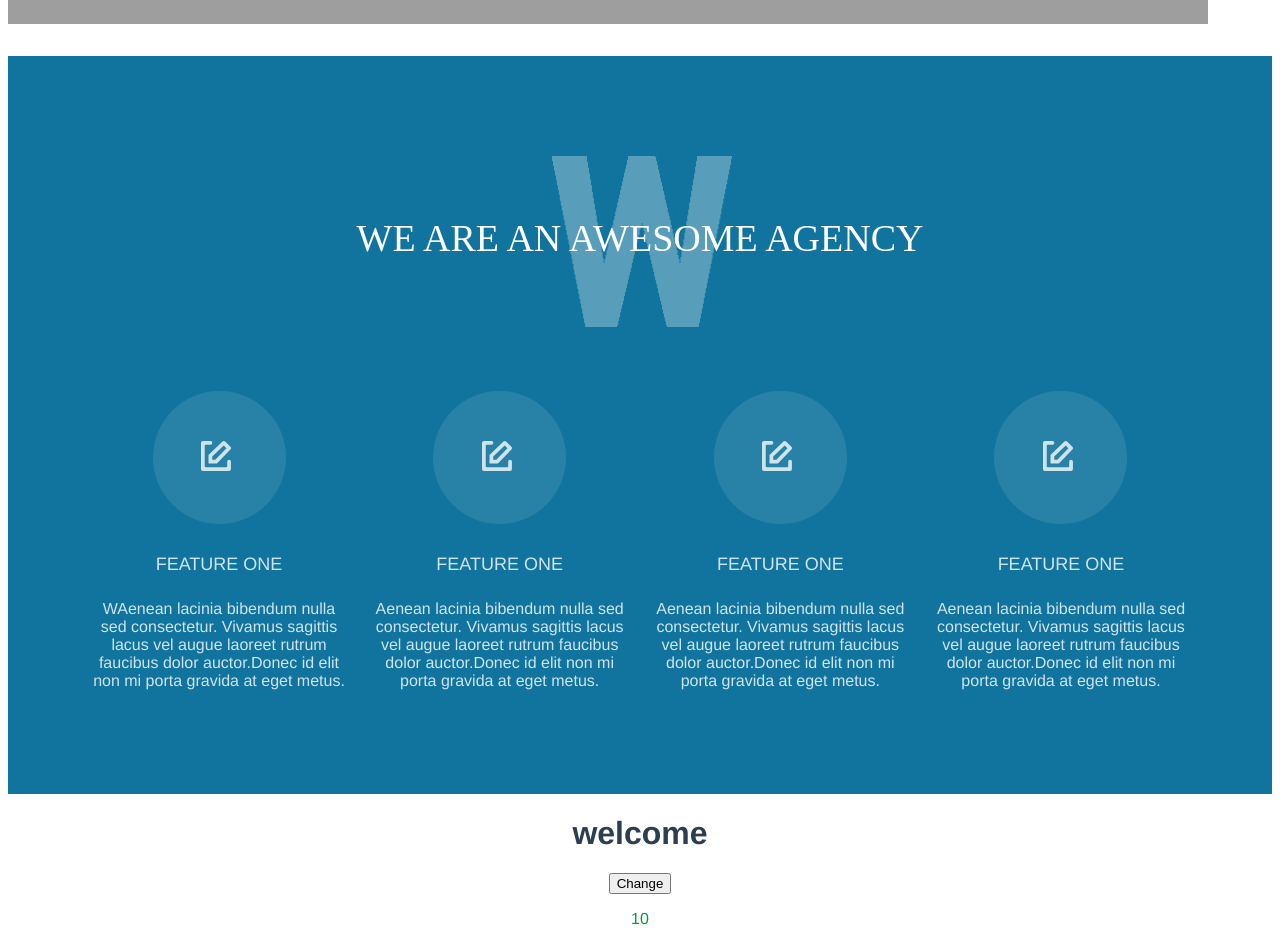
Repository: joker506/Creatives
Page: /
The author's editor kept a copy of each file at every save. The page is drawn from the files as they stood at one save, then again after the next save.
The browser window is 1280 px wide. The pictures show the part of the page from y = 884 to 1836 px (the page is 1836 px tall).
Pictures or frames that could not be fetched are drawn as grey boxes. The project was rebuilt for these pictures with package versions that can differ from the ones it lists, and the page was loaded fresh each time.

Above is the page before, as saved 2020-04-01 20:02:07.

### src/App.vue
<template>
  <div id="app">
<HeaderApp  />
<AdvantagesApp />

    <HelloWorld
    @clicks="clickUp($event)"
       :msg=msg
       :counter=counter />
  </div>
</template>

<script>
import HelloWorld from './components/HelloWorld.vue'
import HeaderApp from './components/HeaderApp.vue'
import AdvantagesApp from './components/AdvantagesApp.vue'

export default {
  name: 'App',
  data(){
    return{
    msg:"welcome",
    counter:10
    }
  },
  components: {
    HelloWorld,
    AdvantagesApp,
    HeaderApp
  },
  methods:{
    clickUp(event){
      console.log("click")
      this.counter=event
    }
  }
}
</script>

<style>
#app {
  font-family: Avenir, Helvetica, Arial, sans-serif;
  -webkit-font-smoothing: antialiased;
  -moz-osx-font-smoothing: grayscale;
  text-align: center;
  color: #2c3e50;
  overflow: hidden;

}
</style>

### src/components/HelloWorld.vue
<template>
  <div class="hello">
    <h1>{{ msg }} </h1>
   <button @click="clickDown">Change</button>
   <p>{{counter}}</p>

  </div>
</template>

<script>
export default {
  name: 'HelloWorld',

  props: {
    msg: String,
    counter:Number

  },
  methods:{
    clickDown(){
      console.log("Your Click!")
      this.$emit("clicks",this.counter+1)

    }
  }
}
</script>

<style scoped>
h3 {
  margin: 40px 0 0;
}
ul {
  list-style-type: none;
  padding: 0;
}
li {
  display: inline-block;
  margin: 0 10px;
}
a {
  color: #42b983;
}
p{
  color:rgb(3, 156, 62);
}
</style>

### src/components/HeaderApp.vue
<template>

<header class="header">

<div class="header__top">
<a class="logo" href="#" >
    <img src="@/assets/Logo1.png" alt="logo">
</a>
<nav class="main-nav">
    <ul class="main-nav__items">
        <li class="item">
            <a href="#">Home</a> </li>
        <li class="item">
            <a href="#">Pages</a> </li>
        <li class="item">
            <a href="#">Features</a> </li>
        <li class="item">
            <a href="#">Extensions</a> </li>
        <li class="item">
            <a href="#">Tutorials</a> </li>
        <li class="item">
            <a href="#">Contact us</a> </li>
    </ul>
</nav>

<div class="social">
    <ul class="social__items">
        <li class="social__item social__item--fb">
            <a class="social__link" href="#"></a></li>
        <li class="social__item social__item--insta">
            <a class="social__link" href="#"></a></li>
        <li class="social__item social__item--teleg">
            <a class="social__link" href="#"></a></li>
        <li class="social__item social__item--vk">
            <a class="social__link" href="#"></a></li>
    </ul>
</div>

</div>
<div class="header__main">

<h1 class="header__title" >Creatives</h1>
<p class="text"  >Power by PSDfreebies.com</p>

<span class="btn__main">
    <a class="btn__main-link">scroll down</a>
</span>
</div>


</header>

</template>

<script>
export default {
    name:'HeaderApp',

    directives:{
        font:{
            bind(el){
            el.style.fontSize='50px'
            }
        },
        color:{
            bind(el){
                el.style.color='#ffffff'
            }
        }
    }


}
</script>

<style lang="scss">
.header{
    margin: 0;
    padding: 0;
    max-width: 1600px;
    height: 880px;
    padding-top: 20px;
    font-size: 18px;
    background-image: url("~@/assets/Layer96.jpg");
    background-repeat: no-repeat;
    background-position: 0 0;
    background-size: contain;
}

.header__top{
    padding-right: 15px;
    padding-left: 15px;
    display: flex;
    justify-content: space-between;
    height: 90px;
    border-bottom: 3px solid hsla(0, 0%, 47%, 0.5);
}
.wrapper{
    width: 1200px;
}
.logo {
    list-style: none;
    cursor: pointer;
    color: #000000 ;
    &>img{
    width:79px;
    height:75px;
    }
}

.main-nav{
margin-left: 220px;
margin-right: 40px;
//border: 1px solid greenyellow;
}
.main-nav__items{
padding: 0;
margin: 0;
display: flex;
justify-content: space-between;
width: 700px;
height: 85px;
}
.item{
    width: 100px;
    height: 83px;
    list-style: none;
    font-family: "Myriad Pro";
    font-size: 20px;
    font-weight: 400;
    color: #ffffff;
    &:hover{
        border-bottom: 6px solid #11749e;
    }
    &>a{
        display: block;
        padding-top: 30px;
        height: 50px;
        text-decoration: none;
        color: #868686;
   /*  &:hover{
        color: blue;
    } */

    }
}
.social{
width: 141px;
}
.social__items{
    margin: 0;
    padding: 0;
    display: flex;
    justify-content: space-between;
    list-style: none;
}

.social__item{
    width: 20px;
    height: 20px;
    margin-top: 30px;
    position: relative;
    &--fb{
        background-image: url("~@/assets/facebook.svg");
        &:hover{
        background-image: url("~@/assets/fb-active.svg");
        }
    }
     &--insta{
        background-image: url("~@/assets/instagram.svg");
    }
     &--teleg{
        background-image: url("~@/assets/telegram.svg");
    }
     &--vk{
        background-image: url("~@/assets/vk.svg");
    }
    &::before{
        content: '';
        position: absolute;
        width: 30px;
        height: 30px;
         background-position: 0 0;
        background-repeat: no-repeat;
}
}


.social__link{
    display: block;
    padding-top: 30px;
    height: 50px;
    color: #868686;
    text-decoration: none;
}

.header__main{
    height: 766px;
}

.header__title{
    margin: 0 auto;
    margin-top: 130px;

//opacity: -1;
//color: #f5f5f5;
font-family: Gotham;
font-size: 153px;
font-weight: 700;
text-transform: uppercase;
letter-spacing: -1.92px;
}

.text{
margin: 0 auto;
margin-top: 30px;
//opacity: -1;
color: #11749e;
font-family: Gotham;
font-size: 25px;
font-weight: 500;
line-height: 51.19px;
text-transform: uppercase;
/* Text style for "Power by P" */
letter-spacing: 7.88px;
}

.btn__main{
    display: block;
    margin-top: 115px;
    position: relative;

}
.btn__main-link{
    color:beige;
    cursor: pointer;
    font-weight: 500;
    line-height: 22px;
    text-transform: capitalize;
        &::after{
        content: '';
        display: block;
        left: 50%;
        margin: auto;
        margin-top: 15px;
        width: 65px;
        height: 65px;
        background-image: url("~@/assets/chevron.svg");
        background-repeat: no-repeat;
        background-position: 0 0;
        background-size: cover;
        }
        &:hover{
color: #11749e;
}
}



</style>

### src/components/AdvantagesApp.vue
<template>
<section class="advantages">
    <div class="wrap">
<h2 class="advantages__title">
    We Are An Awesome Agency
</h2>
    </div>
    <div class="advantages-block">
<div class="block__first">
   <Div><img src="~@/assets/Ellipse1.png" alt="ellipse"></Div>
    <h3 class="block__title">Feature One</h3>
    <p class="block__text">WAenean lacinia bibendum nulla sed consectetur. Vivamus sagittis lacus vel augue laoreet rutrum faucibus dolor auctor.Donec id elit non mi porta gravida at eget metus.
</p>
</div>
<div class="block__first">
    <div><img src="~@/assets/Ellipse1.png" alt="ellipse"></div>
    <h3 class="block__title">Feature One</h3>
     <p class="block__text">Aenean lacinia bibendum nulla sed consectetur. Vivamus sagittis lacus vel augue laoreet rutrum faucibus dolor auctor.Donec id elit non mi porta gravida at eget metus.
</p>
</div>
<div class="block__first">
    <div><img src="~@/assets/Ellipse1.png" alt="ellipse"></div>
    <h3 class="block__title">Feature One</h3>
     <p class="block__text">Aenean lacinia bibendum nulla sed consectetur. Vivamus sagittis lacus vel augue laoreet rutrum faucibus dolor auctor.Donec id elit non mi porta gravida at eget metus.
</p>
</div>
<div class="block__first">
    <div><img src="~@/assets/Ellipse1.png" alt="ellipse"></div>
    <h3 class="block__title">Feature One</h3>
    <p class="block__text">Aenean lacinia bibendum nulla sed consectetur. Vivamus sagittis lacus vel augue laoreet rutrum faucibus dolor auctor.Donec id elit non mi porta gravida at eget metus.
</p>
</div>
</div>

</section>
</template>

<script>
export default {
    name:'AdvantagesApp',

}
</script>

<style lang="scss">

.advantages{
max-width: 1600px;
height: 738px;
background-color: #11749e;
}
.wrap{
    margin: 0;
}
.advantages-logo{
margin-top: 108px;
    opacity: 0.3 ;
}

.advantages__title{
padding-top: 170px;
margin-bottom: 140px;
color: #ffffff;
font-family: Gotham;
font-size: 38px;
font-weight: 500;
line-height: 25px;
text-transform: uppercase;
position: relative;
&::before{
    content: '';
    position: absolute;
    top: 100px;
    left: 43%;
    width: 180px;
    height: 180px;
    opacity: 0.3;
    background-image: url("~@/assets/W.png");
    background-size: contain;
    background-repeat: no-repeat;
    background-position: 0 0;
}
}
.advantages-block{
    width: 1100px;
    margin: 0 auto;
    display: flex;
    justify-content: space-between;
}
.block__first{
    width: 258px;
    color: #ffffff;
    opacity: 0.8;


}
.block__first>div{
    opacity: 1;
    position: relative;
      &::before{
    content: '';
    position: absolute;
    top: 50px;
    left: 111px;
    width: 30px;
    height: 30px;
    background-image: url("~@/assets/Write.svg");
    background-position: 0 0;
    background-repeat: no-repeat;
    background-size: contain;
}
    }


.block__title{
    font-size: 18px;
font-weight: 500;
line-height: 36px;
text-transform: uppercase;

}

</style>

Loaded but not shown: public/index.html (common file); src/main.js (common file)

After the next save:
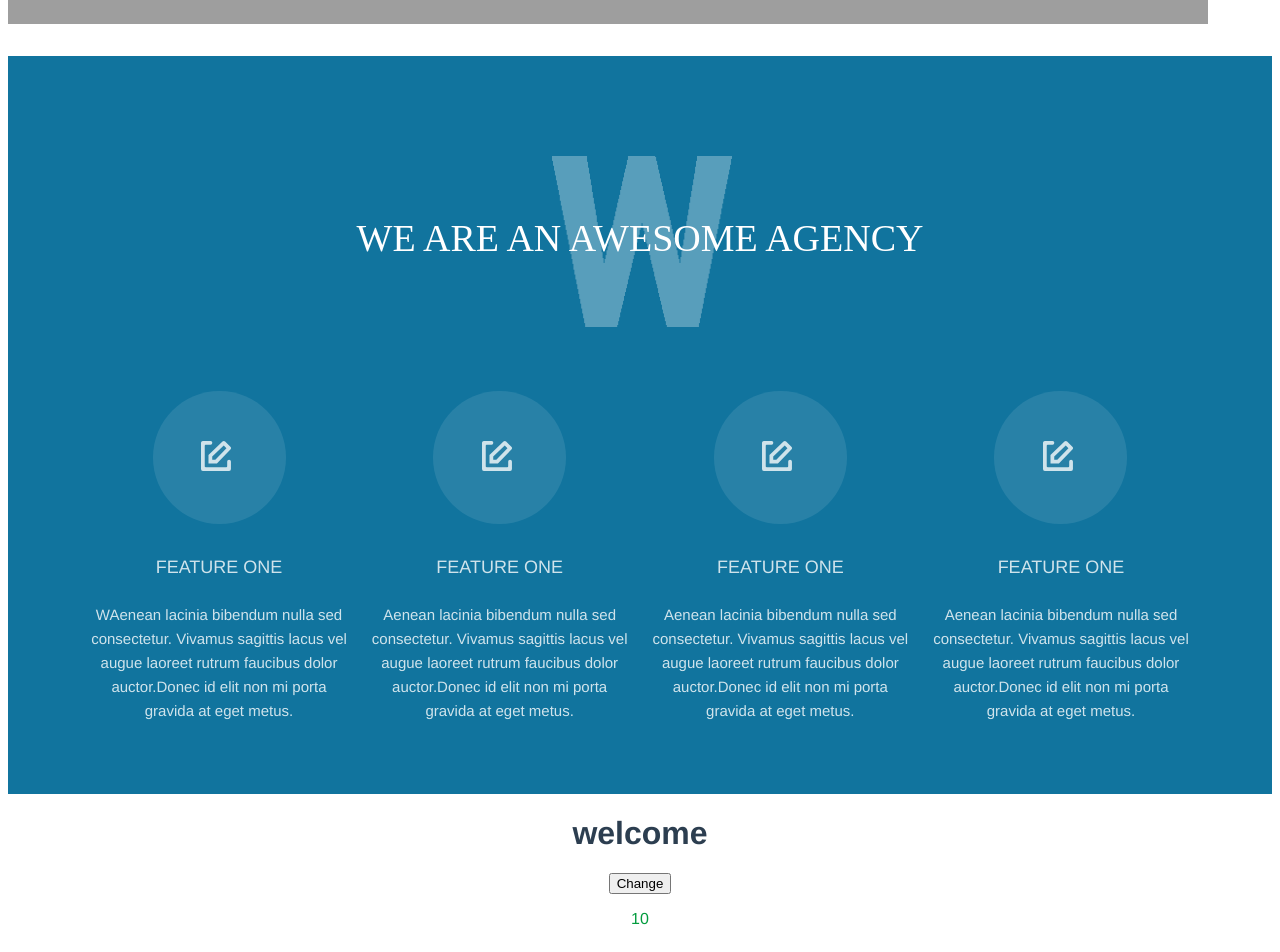
Saved 29 s later.
--- a/src/components/AdvantagesApp.vue
+++ b/src/components/AdvantagesApp.vue
@@ -89,6 +89,9 @@ position: relative;
 }
 .block__first{
     width: 258px;
+    font-size: 15px;
+font-weight: 400;
+line-height: 24px;
     color: #ffffff;
     opacity: 0.8;
 
